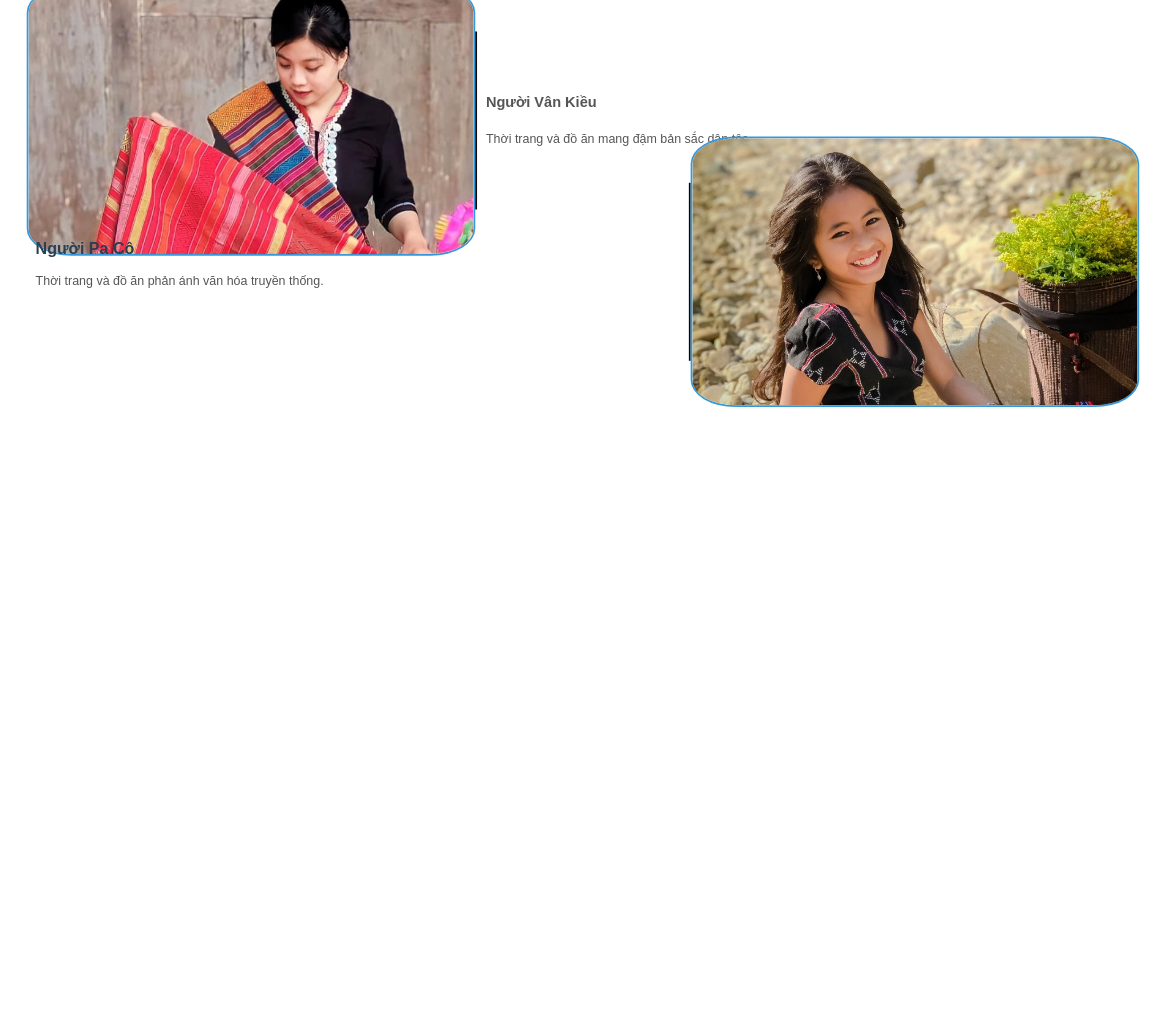
Repository: DangVai/LocalProduct
Page: Views/frontend/test.html
The author's editor kept a copy of each file at every save. The page is drawn from the files as they stood at one save, then again after the next save.
The browser window is 1280 px wide. The page is 1300 px wide, then 1310 px, so the pictures cover 1310 px, including what lies to the right of the window. The pictures show the part of the page from y = 1406 to 2556 px (the page is 2551 px tall before and 2556 px after), at 89% of full size.

Above is the page before, as saved 2024-12-19 10:35:58.

### Views/frontend/test.html
<!DOCTYPE html>
<html lang="en">

<head>
    <meta charset="UTF-8">
    <meta name="viewport" content="width=device-width, initial-scale=1.0">
    <title>Dynamic Banner</title>
    <style>
        body {
            margin: 0;
            font-family: Arial, sans-serif;
        }

        .container-Home {
            background-color: white;
            width: 100%;
            min-height: 100vh;
            display: flex;
            flex-direction: column;
            align-items: center;
        }

        .text-run {
            width: 100%;
            height: 50px;
            overflow: hidden;
            background: rgb(113, 74, 74);
            white-space: nowrap;
            box-sizing: border-box;
            margin-bottom: 0px;
            text-align: center;
        }

        .text-run span {
            display: inline-block;
            padding-left: 100%;
            animation: marquee 10s linear infinite;
            font-size: 15px;
            padding-top: 18px;
            font-weight: bold;
            color: white;
        }

        @keyframes marquee {
            0% {
                transform: translateX(0);
            }
            100% {
                transform: translateX(-100%);
            }
        }

        .banner {
            position: relative;
            width: 100%;
            height: 600px;
            display: flex;
            justify-content: center;
            align-items: center;
        }

        .banner img {
            width: 100%;
            height: 100%;
            object-fit: cover;
            box-shadow: 10px 10px 15px rgba(0, 0, 0, 0.5);
        }

        .img-sliders {
            width: 100%;
            height: 250px;
            margin-top: 20px;
            margin-bottom: 20px;
            display: flex;
            justify-content: space-between;
            gap: 15px;
        }

        .slider-container {
            flex: 1;
            overflow: hidden;
            border: 2px solid #ddd;
            border-radius: 10px;
        }

        .slides {
            display: flex;
            transition: transform 0.5s ease-in-out;
        }

        .slide {
            width: 100%;
            flex-shrink: 0;
            object-fit: cover;
        }

        .header {
            top: 0;
            left: 0;
            display: flex;
            width: 100%;
            height: 200px;
            align-items: center;
            position: fixed;
            z-index: 4;
            box-shadow: 0 6px 8px rgba(0, 0, 0, 0.1);
            background-color: white;
        }

        .box_logo {
            width: 20%;
            display: flex;
            align-items: center;
        }

        .box_logo img {
            position: absolute;
            top: 10px;
            left: 30px;
            width: 170px;
            height: 160px;
            z-index: 10;
            margin-right: 100px;
        }

        .nav {
            width: 40%;
            height: 45%;
            display: flex;
            margin-right: 200px;
            justify-content: center;
            align-items: center;
            justify-content: space-evenly;
            border-radius: 10px;
            font-size: 40px;
            color: black;
            box-shadow: 0 6px 8px rgba(0, 0, 0, 0.1);
            background-color: rgba(163, 116, 116, 0.667);
        }

        .nav p {
            cursor: pointer;
        }

        .nav p:hover {
            font-size: 30px;
        }
        /* Sreach  */

        .searchHome {
            display: flex;
            align-items: center;
            justify-content: center;
            background-color: white;
            border: 2px black solid;
            box-shadow: 0 6px 8px rgba(0, 0, 0, 0.1);
            padding: 10px;
            border-radius: 20px;
            width: 450px;
            height: 20%;
        }

        .searchInput {
            flex: 1;
            border: none;
            padding: 5px 10px;
            font-size: 30px;
            outline: none;
        }

        .searchButton {
            border: none;
            background-color: #ffffff;
            color: white;
            padding: 5px 15px;
            border-radius: 0 5px 5px 0;
            cursor: pointer;
            height: 40px;
            width: 40px;
        }

        .searchButton:hover {
            background-color: #fcfeff;
        }
        /* end search */

        .account {
            width: 4%;
            display: flex;
            align-items: center;
            justify-content: center;
        }

        .box-account {
            border: 2px solid rgb(6, 6, 6);
            width: 70px;
            height: 50px;
            display: flex;
            align-items: center;
            justify-content: center;
            border-radius: 50%;
            margin-left: 100px;
        }

        .box-account i {
            font-size: 35px;
            color: white;
            cursor: pointer;
        }

        a {
            text-decoration: none;
            color: #fff;
        }

        .categories {
            width: 100%;
            display: flex;
            justify-content: space-between;
            gap: 20px;
            margin: 20px;
            background-color: #2b2b2b;
            padding: 20px;
            border-radius: 10px;
        }

        .page {
            flex: 1;
            background-color: white;
            border-radius: 8px;
            padding: 10px;
            margin: 10px 30px 10px 30px;
            box-shadow: 0 4px 8px rgba(0, 0, 0, 0.1);
            text-align: center;
        }

        .page p {
            font-size: 20px;
            font-weight: bold;
            margin-bottom: 10px;
            color: #6b5925;
        }

        .slider {
            position: relative;
            display: flex;
            align-items: center;
            margin-bottom: 10px;
        }

        .images {
            display: flex;
            overflow: hidden;
            width: 100%;
            gap: 25px;
        }

        .images img {
            width: 100%;
            height: 250px;
            /* margin-left: 0px; */
            object-fit: cover;
            border-radius: 5px;
        }

        button.explore-btn {
            background-color: #6b5925;
            color: white;
            border: none;
            padding: 10px 20px;
            font-size: 16px;
            border-radius: 5px;
            cursor: pointer;
        }

        button.explore-btn a {
            text-decoration: none;
            color: white;
        }

        button.explore-btn:hover {
            background-color: #52451d;
        }

        button.prev:hover,
        button.next:hover {
            background-color: #52451d;
        }
        /* Giới thiệu : */
        /* Bố cục chính */

        .introduce {
            margin-top: 50px;
            width: 100%;
            height: 1000px;
            display: flex;
            flex-direction: column;
            /* gap: 50px; */
            padding: 20px;
            margin-bottom: 50px;
        }

        .vk,
        .pc {
            display: flex;
            flex-direction: row;
            align-items: center;
            /* gap: 100px; */
            margin-bottom: 50px;
        }

        .content {
            height: 700px;
            width: 100%;
            display: flex;
            flex-direction: row;
            align-items: center;
            justify-content: center;
            flex: 1;
            margin-left: 30px;
            /* gap: 100px */
        }

        .content img {
            width: 500px;
            height: 300px;
            border-radius: 10%;
            border: 2px solid #3498db;
            object-fit: cover;
        }
        /* Gạch dọc */

        .content .gach {
            width: 2px;
            height: 200px;
            background-color: #070707;
        }
        /* Văn bản giới thiệu */

        .vk-text,
        .pc-text {
            flex: 1;
            padding: 0 10px;
            text-align: left;
        }

        .vk-text,
        .pc-text h3 {
            font-size: 18px;
            color: #2c3e50;
            margin: 0 0 5px;
        }

        .vk-text,
        .pc-text p {
            font-size: 14px;
            color: #555;
            line-height: 1.6;
        }
        /* Đảm bảo các phần cân đối */

        .vk,
        .pc {
            height: 120px;
        }
    </style>
</head>

<body>

    <div class="header">
        <!-- Logo -->
        <div class="box_logo">
            <img src="/public/images/logo.jpg" alt="logo">
        </div>

        <!-- Navigation Menu -->
        <div class="nav">
            <p><b>Home</b></p>
            <p><b>Thời Trang</b></p>
            <p><b>Ẩm thực</b></p>
            <p><b>Khác</b></p>
        </div>

        <!-- Search -->
        <div class="searchHome">
            <input type="text" placeholder="Tìm kiếm..." class="searchInput">
            <button class="searchButton">
                🔍
    </button>
        </div>

        <!-- User Account -->
        <div class="account">
            <div class="box-account">
                <i class="fa-regular fa-user"></i>
            </div>
        </div>

        <!-- User Name and Dropdown Menu -->
        <div class="name-user">
            <p>
                <p>John Doe</p>
            </p>
            <div class="dropdown-menu" id="account-menu">
                <div>
                    <a href="#"><i class="fas fa-user fa-sm fa-fw mr-2 text-gray-400"></i> Profile</a>
                </div>

                <div>
                    <a href="#"><i class="fas fa-sign-in-alt fa-sm fa-fw mr-2 text-gray-400"></i> Log in</a>
                </div>
                <div>
                    <a href="#"><i class="fas fa-sign-out-alt fa-sm fa-fw mr-2 text-gray-400"></i> Log out</a>
                </div>
            </div>
        </div>
    </div>

    <div class="container-Home">
        <!-- Chữ chạy -->
        <div class="text-run">
            <span>Chào mừng bạn đến với cửa hàng thời trang Vân Kiều và Pa Cô! Khám phá các sản phẩm đặc sắc ngay hôm nay!</span>
        </div>

        <!-- Banner -->
        <div class="banner">
            <img src="/public/images/Vân Kiều - Pa Cô.png" alt="Banner">
        </div>

        <!-- Các mục hình ảnh -->
        <div class="img-sliders">
            <!-- Slider 1 -->
            <div class="slider-container">
                <div class="slides" id="slider1">
                    <img src="/public/images/R.jpg" class="slide" alt="Slide 1">
                    <img src="/public/images/slide2.jpg" class="slide" alt="Slide 2">
                    <img src="/public/images/slide3.jpg" class="slide" alt="Slide 3">
                </div>
            </div>

            <!-- Slider 2 -->
            <div class="slider-container">
                <div class="slides" id="slider2">
                    <img src="/public/images/slide3.jpg" class="slide" alt="Slide 1">
                    <img src="/public/images/R.jpg" class="slide" alt="Slide 2">
                    <img src="/public/images/slide2.jpg" class="slide" alt="Slide 3">
                </div>
            </div>

            <!-- Slider 3 -->
            <div class="slider-container">
                <div class="slides" id="slider3">
                    <img src="/public/images/slide2.jpg" class="slide" alt="Slide 1">
                    <img src="/public/images/slide3.jpg" class="slide" alt="Slide 2">
                    <img src="/public/images/R.jpg" class="slide" alt="Slide 3">
                </div>
            </div>
        </div>
        <div class="categories">
            <div class="page">
                <p>National Costume</p>
                <div class="slider">
                    <div class="images">
                        <img src="/public/images/slide2.jpg" alt="Costume 1">
                    </div>
                </div>
                <button class="explore-btn"><a href="#">Explore now</a></button>
            </div>
            <div class="page">
                <p>Cuisine</p>
                <div class="slider">
                    <div class="images">
                        <img src="/public/images/slide2.jpg" alt="Cuisine 1">
                    </div>
                </div>
                <button class="explore-btn"><a href="#">Explore now</a></button>
            </div>
            <div class="page">
                <p>Other Products</p>
                <div class="slider">
                    <div class="images">
                        <img src="/public/images/slide2.jpg" alt="Other 1">
                    </div>
                </div>
                <button class="explore-btn"><a href="#">Explore now</a></button>
            </div>
        </div>
        <div class="introduce">
            <div class="vk">
                <div class="content">
                    <img src="/public/images/Chị Huyền.jpg" alt="Người Vân Kiều" class="vkimg">
                    <div class="gach"></div>
                    <div class="vk-text">
                        <h3>Người Vân Kiều</h3>
                        <p>Thời trang và đồ ăn mang đậm bản sắc dân tộc.</p>
                    </div>
                </div>
            </div>
            <div class="pc">
                <div class="content">
                    <div class="pc-text">
                        <h3>Người Pa Cô</h3>
                        <p>Thời trang và đồ ăn phản ánh văn hóa truyền thống.</p>
                    </div>
                    <div class="gach"></div>
                    <img src="/public/images/khánh Huyền.jpg" alt="Người Pa Cô" class="pcimg">


                </div>
            </div>
        </div>

    </div>


    <script>
        function autoSlide(sliderId) {
            const slides = document.querySelector(`#${sliderId}`);
            const totalSlides = slides.children.length;
            let currentSlide = 0;

            setInterval(() => {
                currentSlide = (currentSlide + 1) % totalSlides;
                const offset = -currentSlide * 100;
                slides.style.transform = `translateX(${offset}%)`;
            }, 3000); // Thay đổi ảnh sau mỗi 3 giây
        }

        autoSlide('slider1');
        autoSlide('slider2');
        autoSlide('slider3');
    </script>
</body>

</html>

After the next save:
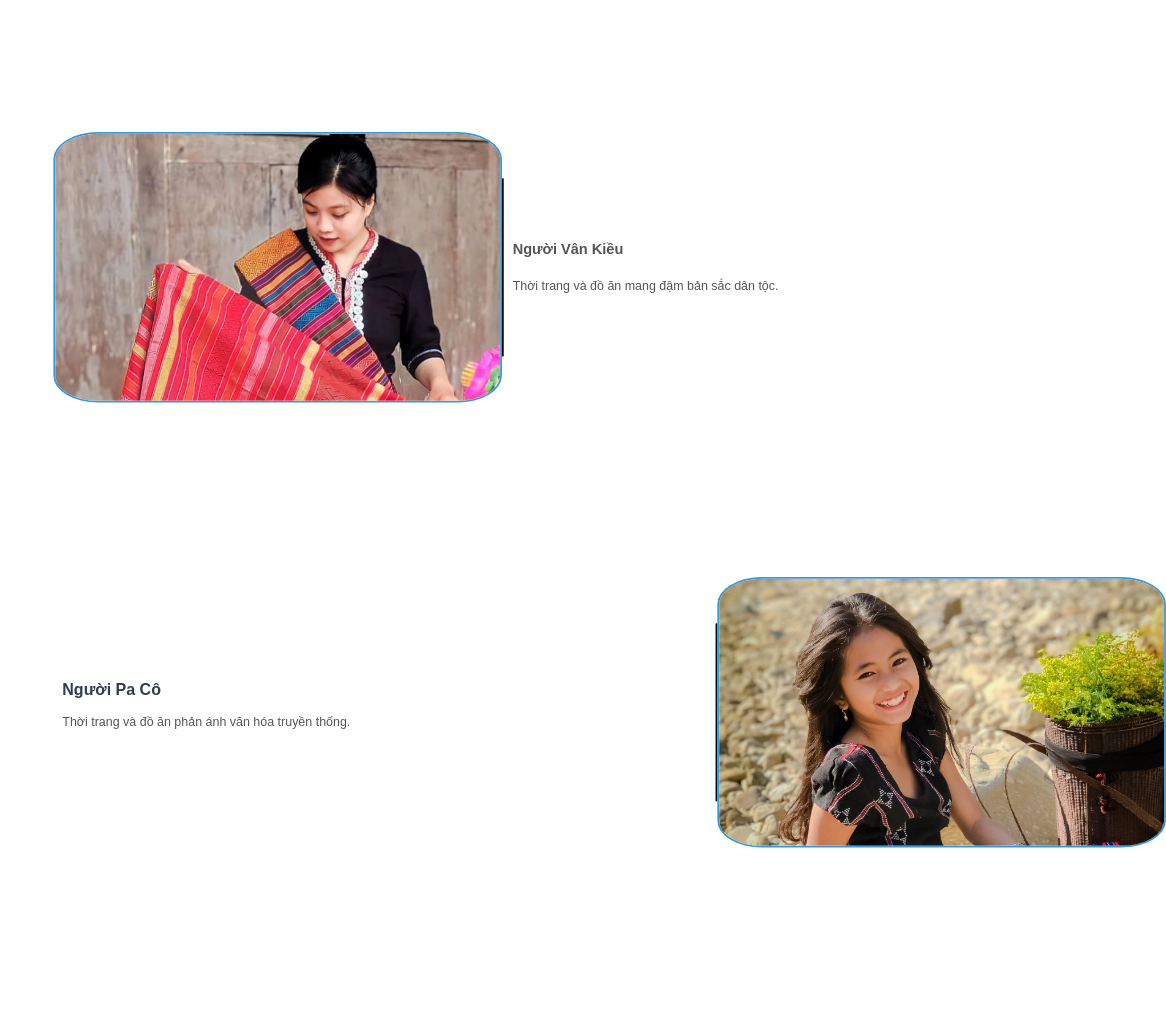
Saved 17 s later.
--- a/Views/frontend/test.html
+++ b/Views/frontend/test.html
@@ -302,10 +302,14 @@
 
         .vk,
         .pc {
+            height: 700px;
+            width: 100%;
             display: flex;
             flex-direction: row;
             align-items: center;
-            /* gap: 100px; */
+            justify-content: center;
+            flex: 1;
+            margin-left: 30px;
             margin-bottom: 50px;
         }
 
